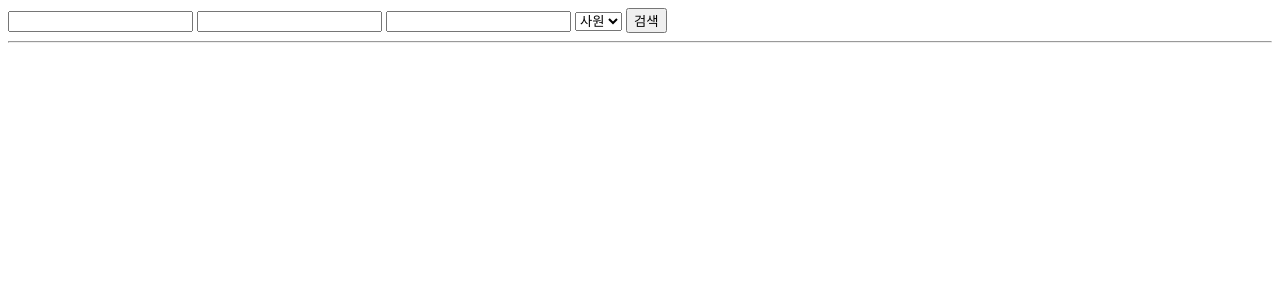
Repository: KangJinSol/jsp
Page: http://localhost/ProductWeb/product_manager.jsp
The author's editor kept a copy of each file at every save. The page is drawn from the files as they stood at one save, then again after a run of saves.
The browser window is 1280 px wide. The pictures show the whole page.
The page is served by Tomcat 9.

Above is the page before, as saved 2021-01-27 07:14:15.

After the next 2 saves:
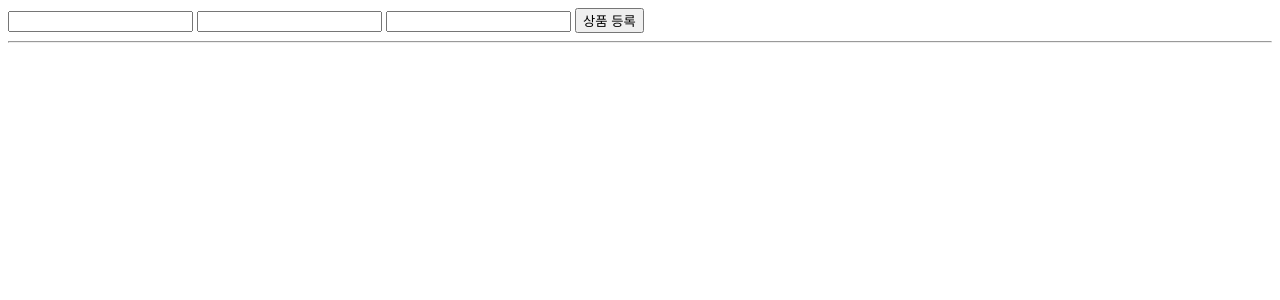
The 2 saves are shown as one change because they came seconds apart.
The last was saved 33 s later.
--- a/spring/ProductWeb/WebContent/product_manager.jsp
+++ b/spring/ProductWeb/WebContent/product_manager.jsp
@@ -15,14 +15,8 @@
 	<input type="text" name="eno">
 	<input type="text" name="name">
 	<input type="text" name="department">
-	<select name="position">
-		<option value="1">사원</option>
-		<option value="2">주임</option>
-		<option value="3">대리</option>
-		<option value="4">과장</option>
-		<option value="5">차장</option>
-	</select>
-	<button type="button">검색</button>
+
+	<button type="button">상품 등록</button>
 </form>
 <hr>
 <div>
